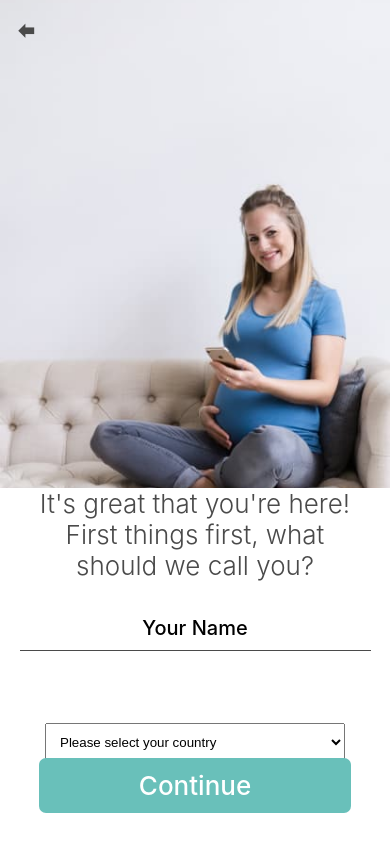
Repository: pheonixlegend/keleya
Screen: /Name
An editor plug-in stored every save of this project. The screen is shown before and after the next save, followed by the edit.
The app was drawn by React Native's web renderer in a window 390 px wide. The project was rebuilt for these pictures with package versions that can differ from the ones it lists, and the page was loaded fresh each time. Also part of the build but not shown: components/ImageHeader.tsx, components/LoginSignupDetails.tsx, screens/SignUp.tsx, screens/SignIn.tsx, screens/Date.tsx, screens/Workout.tsx, screens/Success.tsx.

Above is the screen before, as saved 2021-10-10 14:24:35.

### App.tsx
import { StatusBar } from 'expo-status-bar';
import React from 'react';
import { StyleSheet, Text, View } from 'react-native';
import Home from './screens/Home';
import { NavigationContainer } from '@react-navigation/native';
import AppStack from './routes/AppStack';

export default function App() {
  return (
    <NavigationContainer>
      <AppStack />
    </NavigationContainer>
  );
}

const styles = StyleSheet.create({
  container: {
    flex: 1,
    backgroundColor: '#fff',
    alignItems: 'center',
    justifyContent: 'center',
  },
});

### routes/AppStack.tsx
import { createStackNavigator } from '@react-navigation/stack';
import { Image } from 'react-native';
import Home from '../screens/Home';
import ImageHeader from '../components/ImageHeader';
import SignUp from '../screens/SignUp';
import SignIn from '../screens/SignIn';
import Name from '../screens/Name';
import Date from '../screens/Date';
import Workout from '../screens/Workout';
import Success from '../screens/Success';
import React from 'react';
import { Entypo } from '@expo/vector-icons';
import {RootStackParamList} from '../routes/RootStackPrams';

const Stack = createStackNavigator<RootStackParamList>();
    const appStack = () => {
        return (
            <Stack.Navigator
                screenOptions={{
                headerShown: false,
                headerTransparent: true,
                headerStyle: {
                  },
                  headerBackTitleStyle: {
                      opacity: 0,
                  },
                  headerTintColor: 'transparent'
                }}
            >
                <Stack.Screen name="Home" component={Home} />
                <Stack.Screen
                    name="SignUp"
                    component={SignUp}
                    options={{
                        headerShown: true,
                        headerBackImage: ()=>(<Entypo name='arrow-left' size={22}
                        color="#4a4a4a" style={{ paddingLeft: '20%', marginTop: '-10%' }} />)
                    }}
                />
                <Stack.Screen
                    name="SignIn"
                    component={SignIn}
                    options={{
                        headerShown: true,
                        headerBackImage: ()=>(<Entypo name='arrow-left' size={22}
                        color="#4a4a4a" style={{ paddingLeft: '20%', marginTop: '-10%' }} />)
                    }}
                />
                <Stack.Screen
                    name="Name"
                    component={Name}
                    options={{
                        headerShown: true,
                        headerBackImage: ()=>(<Entypo name='arrow-left' size={22}
                        color="#4a4a4a" style={{ paddingLeft: '20%', marginTop: '-10%' }} />)
                    }}
                />
                <Stack.Screen
                    name="Date"
                    component={Date}
                    options={{
                        headerShown: true,
                        headerBackImage: ()=>(<Entypo name='arrow-left' size={22}
                        color="#4a4a4a" style={{ paddingLeft: '20%', marginTop: '-10%' }} />)
                    }}
                />
                <Stack.Screen
                    name="Workout"
                    component={Workout}
                    options={{
                        headerShown: true,
                        headerBackImage: ()=>(<Entypo name='arrow-left' size={22}
                        color="#4a4a4a" style={{ paddingLeft: '20%', marginTop: '-10%' }} />)
                    }}
                />
                <Stack.Screen
                    name="Success"
                    component={Success}
                    options={{
                        headerShown: false,
                        headerBackImage: ()=>(<Entypo name='arrow-left' size={22}
                        color="#4a4a4a" style={{ paddingLeft: '20%', marginTop: '-10%' }} />)
                    }}
                />
            </Stack.Navigator>
        )
    }
export default appStack

### screens/Home.tsx
import { StatusBar } from 'expo-status-bar';
import React from 'react';
import { StyleSheet, Text, View, Button, Image, SafeAreaView, ImageBackground, TouchableOpacity } from 'react-native';
import { Global } from '../styles/Global';
import {useNavigation} from '@react-navigation/native';
import {StackNavigationProp} from '@react-navigation/stack';
import {RootStackParamList} from '../routes/RootStackPrams';

type authScreenProp = StackNavigationProp<RootStackParamList, 'Home'>;

function Home() {
  /* const signUpHandler = () => {
    navigation.push("Sign Up")
  }

  const signInHandler = () => {
    navigation.push("Sign In")
  }
 */
  const navigation = useNavigation<authScreenProp>();

  return (
    <ImageBackground source={require('../assets/images/first-intro-image.png')} style={styles.backgroundImage} >

    <SafeAreaView style={Global.container}>
      <StatusBar backgroundColor={'transparent'} translucent/>

      <View style={styles.imageContainer}>
        <Image source={require('../assets/images/keleya-logo.png')} style={styles.image} resizeMode="contain" />
      </View>

      <View style={styles.centeredView}>
        <Text style={styles.subText}>For a fit and relaxed pregnancy</Text>
      </View>

      <View style={styles.buttonContainer}>
      <TouchableOpacity style={styles.customBtnBGBottom} onPress={() => navigation.navigate('SignUp')}>
        <Text style={styles.customBtnTextBottom}>Get started</Text>
      </TouchableOpacity>


      <TouchableOpacity style={styles.customBtnBGBottom2} onPress={() => navigation.navigate('SignIn')}>
        <Text style={styles.customBtnTextBottom2}>Or login</Text>
      </TouchableOpacity>
      </View>
    </SafeAreaView>

    </ImageBackground>
  )
}

const styles = StyleSheet.create({
  imageContainer: {
    justifyContent: 'center',
    alignItems: 'center',
    height: '20%'
  },

  backgroundImage: {
    flex: 1,
    width: undefined,
    height: undefined,
    resizeMode: 'cover'
  },

  centeredView: {
    justifyContent: 'center',
    alignItems: 'center'
  },

  image: {
    width: '23%',
    height: '100%'
  },

  subText: {
    textAlign: 'center',
    fontSize: 24,
    fontWeight: "500",
    marginTop: '-3%',
    width: '53%',
    color: "#4a4a4a"
  },

  buttonContainer: {
    flex: 1,
    alignItems: 'center',
    height: '12.4%',
  },

  customBtnBGBottom: {
    backgroundColor: "#69c0ba",
    borderRadius: 7,
    width: '85%',
    height: '6.2%',
    position: 'absolute',
    bottom: 0,
    marginBottom: '23%',
    justifyContent: 'center',
    alignItems: 'center',
  },

  customBtnBGBottom2: {
    backgroundColor: "transparent",
    borderRadius: 7,
    width: '85%',
    position: 'absolute',
    bottom: 0,
    marginBottom: '10%',
    justifyContent: 'center',
    alignItems: 'center',
  },

  customBtnTextBottom: {
    fontSize: 26,
    fontWeight: "500",
    color: "#fff",
    textAlign: "center"
  },

  customBtnTextBottom2: {
    fontSize: 21,
    fontWeight: "600",
    color: "#4a4a4a",
    textAlign: "center"
  }

});

export default Home

### screens/Name.tsx
import {useNavigation} from '@react-navigation/native';
import { StatusBar } from 'expo-status-bar';
import React from 'react';
import { StyleSheet, Text, View, SafeAreaView, TouchableOpacity, TextInput } from 'react-native';
import { Global } from '../styles/Global';
import ImageHeaderMedium from '../components/ImageHeaderMedium';
import {StackNavigationProp} from '@react-navigation/stack';
import {RootStackParamList} from '../routes/RootStackPrams';
import NameTimeDetails from '../components/NameTimeDetails';

type nameScreenProp = StackNavigationProp<RootStackParamList, 'Name'>;

function Name() {
  const navigation = useNavigation<nameScreenProp>();

 return (
    <SafeAreaView style={styles.mainContainer}>
      <StatusBar backgroundColor={'transparent'} translucent/>
      <ImageHeaderMedium screenType = "nameScreen"/>
      {<NameTimeDetails screenType = "nameScreen" /> }

      <View style={styles.buttonContainer}>
          <TouchableOpacity style={styles.customBtnBGBottom} onPress={() => navigation.navigate('Date')}>
            <Text style={styles.customBtnTextBottom}>Continue</Text>
          </TouchableOpacity>
      </View>
    </SafeAreaView>
  )
}

const styles = StyleSheet.create({
  mainContainer: {
    flex: 1,
    backgroundColor: 'white'
  },

  forgotPasswordText: {
    textAlign: 'center',
    fontSize: 19,
    width: '90%',
    fontWeight: "300",
    color: "#4a4a4a",
    paddingBottom: '7%'
  },

  buttonContainer: {
    alignItems: 'center',
    width: '100%',
    bottom: 0,
    position: 'absolute',
  },

  customBtnBGBottom: {
    backgroundColor: "#69c0ba",
    borderRadius: 7,
    width: '80%',
    paddingTop: '3%',
    paddingBottom: '3%',
    marginBottom: '8%',
    justifyContent: 'center',
    alignItems: 'center',
  },

  customBtnTextBottom: {
    fontSize: 26,
    fontWeight: "500",
    color: "#ffff",
    textAlign: "center"
  }

});

export default Name

### styles/Global.tsx
import { StyleSheet } from 'react-native';

export const Global = StyleSheet.create({
    container: {
        flex: 1,
        backgroundColor: 'transparent',
    }
})

### components/ImageHeaderMedium.tsx
import React, { useState, FC } from 'react';
import { Text, View, StyleSheet, Image } from 'react-native';
import { Entypo } from '@expo/vector-icons';
import { LinearGradient } from 'expo-linear-gradient';

interface Props {
  screenType: string;
}

const ImageHeaderMedium: FC<Props> = ({ screenType }) => {

  let imageCondition = require('../assets/images/couch_smile.jpg')

  if (screenType == "dateScreen") {
    imageCondition = require('../assets/images/due-date-background-image.jpg')
  }
  else if (screenType == "workoutScreen") {
    imageCondition = require('../assets/images/workout-goal-background-image.jpg')
  }

  return (
    <Image source={imageCondition}
      style={[styles.image, screenType == "dateScreen" ? { height: '80%' }
      : { height: '65%' }]} resizeMode="cover">
    </Image>
  );
}

const styles = StyleSheet.create({
  image: {
    flex: 1,
    position: 'absolute',
    width: '100%'
  }
});

export default ImageHeaderMedium

### components/NameTimeDetails.tsx
import React, { useState, FC } from 'react';
import { Text, View, StyleSheet, TextInput } from 'react-native';
import { MaterialIcons } from '@expo/vector-icons';
import { CheckBox } from 'react-native-elements';
import { Picker } from "@react-native-picker/picker";

interface Props {
  screenType: string;
}

const NameTimeDetails: FC<Props> = ({ screenType }) => {

 // const [screenType, setScreenType] = useState(0);
 const [country, setCountry] = useState('Unknown');

  return (
    <View>
      <Text style={[styles.titleText, screenType == "workoutScreen" ? { display: 'flex' }
            : { display: 'none' }]}>
          How many times a week do you want to be active
      </Text>
      <View style={styles.centeredView}>
        <Text style={[styles.subText, screenType == "workoutScreen" ? { display: 'none' }
            : { display: 'flex' }]}>
          {screenType == "nameScreen" ?
            'It\'s great that you\'re here! First things first, what should we call you?'
           : 'When is your baby due, Sam?'}
        </Text>

        <TextInput
          placeholder="Your Name"
          style={styles.input}
        />

        <Picker
          selectedValue={country}
          onValueChange={(value, index) => setCountry(value)}
          mode="dropdown" // Android only
          style={styles.picker}
        >
          <Picker.Item label="Please select your country" value="Unknown" />
          <Picker.Item label="Australia" value="Australia" />
          <Picker.Item label="Belgium" value="Belgium" />
          <Picker.Item label="Canada" value="Canada" />
          <Picker.Item label="India" value="India" />
          <Picker.Item label="Japan" value="Japan" />

        </Picker>
      </View>
    </View>
  )
}

const styles = StyleSheet.create({
  centeredView: {
    justifyContent: 'flex-start',
    alignItems: 'center',
    backgroundColor: 'white',
    marginTop: '125%',
    paddingLeft: '5%',
    paddingRight: '5%'
  },

  subText: {
    textAlign: 'center',
    fontSize: 26,
    width: '90%',
    fontWeight: "300",
    color: "#4a4a4a",
    paddingBottom: '10%'
  },

  titleText: {
    textAlign: 'center',
    fontSize: 26,
    width: '100%',
    paddingLeft: '10%',
    paddingRight: '10%',
    fontWeight: "300",
    color: "#4a4a4a",
    paddingBottom: '10%',
    position: 'absolute',
    top: 0,
    paddingTop: '10%'
  },

  forgotPasswordText: {
    textAlign: 'center',
    fontSize: 19,
    width: '90%',
    fontWeight: "300",
    color: "#4a4a4a",
    paddingBottom: '7%'
  },

  buttonContainer: {
    alignItems: 'center',
    width: '100%',
    bottom: 0,
    position: 'absolute',
  },

  customBtnBGBottom: {
    backgroundColor: "#69c0ba",
    borderRadius: 7,
    width: '80%',
    paddingTop: '3%',
    paddingBottom: '3%',
    marginBottom: '8%',
    justifyContent: 'center',
    alignItems: 'center',
  },

  customBtnTextBottom: {
    fontSize: 26,
    fontWeight: "500",
    color: "#ffff",
    textAlign: "center"
  },

  input: {
    width: '100%',
    fontSize: 20,
    textAlign: 'center',
    fontWeight: '500',
    paddingLeft: '10%',
    paddingRight: '10%',
    paddingBottom: '3%',
    marginBottom: '12%',
    borderBottomColor: '#4a4a4a',
    borderBottomWidth: 1
  },

  checkboxView: {
    alignItems:'flex-start',
    justifyContent:'flex-start',
    marginTop: '-6%',
    paddingLeft: '5%',
    paddingRight: '5%',
    // display: 'none'
  },

  label: {
    margin: 8,
  },

  picker: {
    marginVertical: 30,
    width: 300,
    padding: 10,
  }
});

export default NameTimeDetails

After the next save:
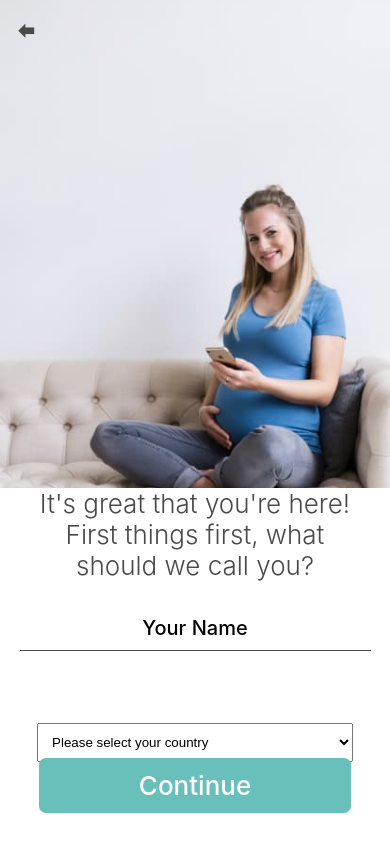
Saved 19 s later.
--- a/components/NameTimeDetails.tsx
+++ b/components/NameTimeDetails.tsx
@@ -146,7 +146,7 @@ const styles = StyleSheet.create({
 
   picker: {
     marginVertical: 30,
-    width: 300,
+    width: '90%',
     padding: 10,
   }
 });
